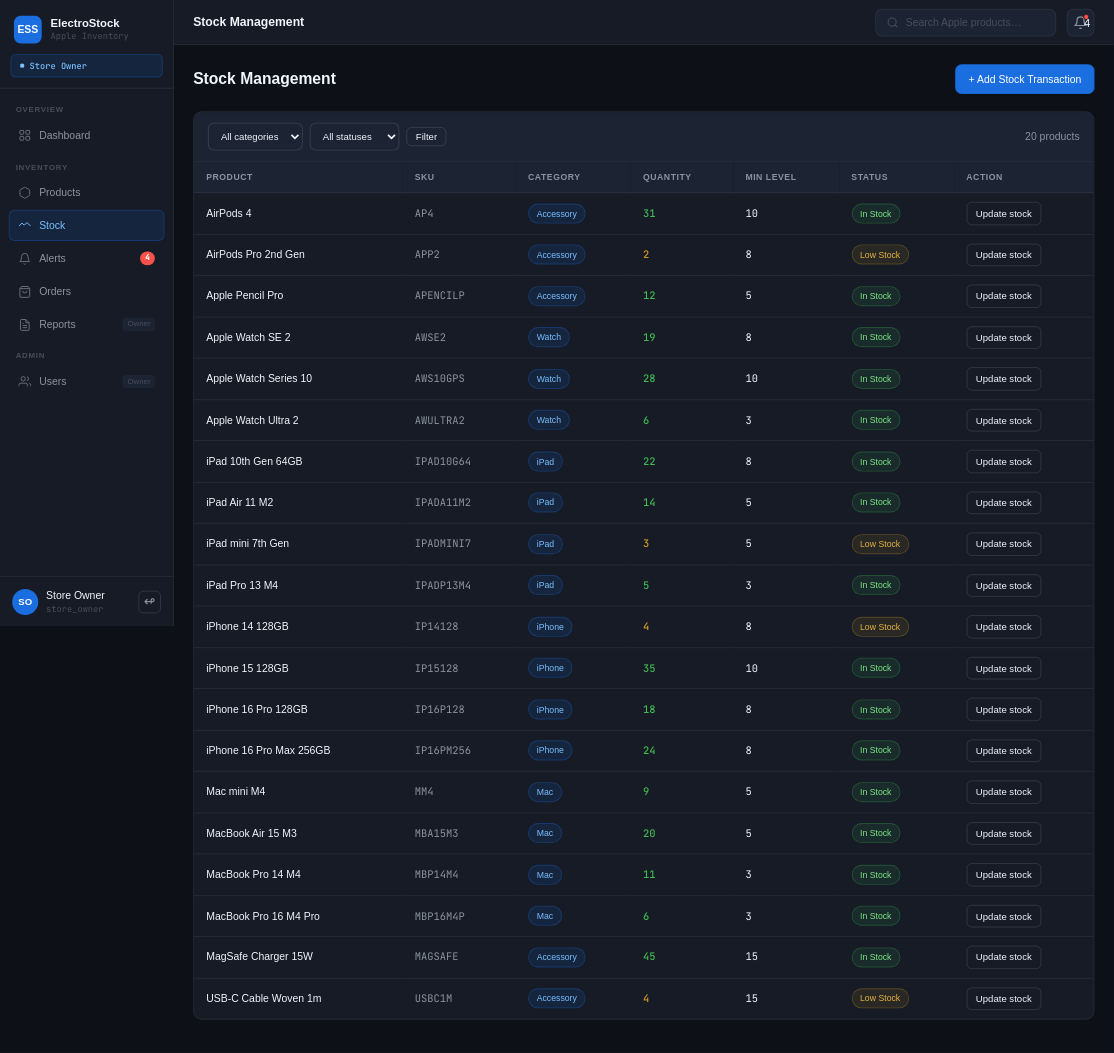
Repository: aayushaabsnss-web/ElectroStock-Solutions
Page: http://localhost/ESS/stock/index.php
An editor plug-in stored every save of this project. The page is shown before and after the next save, followed by the edit.
The browser window is 1280 px wide. The pictures show the whole page, at 87% of full size.
Some web fonts or font styles are not loaded; a fallback is used. The page is run by PHP 8.4 with error messages shown; the project is at /var/www/html/. The session is filled in as if someone had signed in: {"uid": 1, "name": "Store Owner", "role": "store_owner"}. The database holds what the project's SQL file puts in it.

Above is the page before, as saved 2026-05-12 20:01:07.

After the next save:
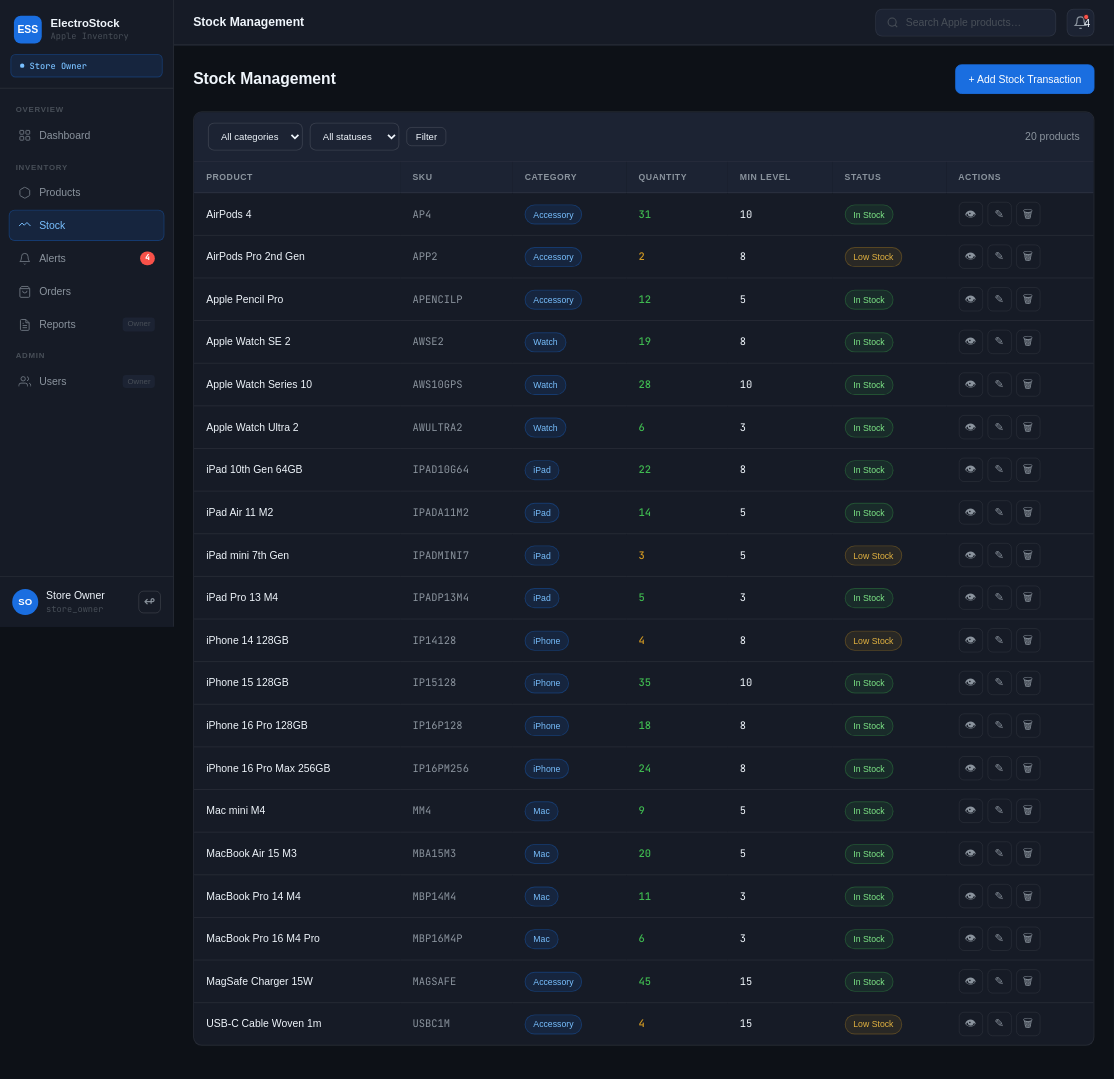
Saved 2 min 20 s later.
--- a/stock/index.php
+++ b/stock/index.php
@@ -2,16 +2,15 @@
 /**
  * stock/index.php — Stock Levels (Presentation Layer)
  * Shows all products with stock info. Filter by category and status.
+ * Each row has View, Edit (update stock), Delete actions.
  */
 $t = "Stock Management"; $a = "stock";
 require_once "../includes/header.php";
 include  "../includes/flash.php";
 
-// Filter params
 $cat    = $_GET["cat"]    ?? "";
 $status = $_GET["status"] ?? "";
 
-// Build query with optional filters
 $where = ["is_active=1"];
 if($cat) $where[] = "category='".mysqli_real_escape_string($conn,$cat)."'";
 if($status === "in")  $where[] = "quantity > min_qty";
@@ -34,7 +33,6 @@
   <a href="add.php" class="btn btn-primary">+ Add Stock Transaction</a>
 </div>
 <div class="card">
-  <!-- Filter bar -->
   <form method="GET" class="filter-bar">
     <select name="cat" class="fc">
       <option value="">All categories</option>
@@ -54,7 +52,6 @@
     <?php endif; ?>
     <span style="margin-left:auto;font-size:12px;color:var(--t2)"><?= $total ?> product<?= $total!==1?"s":"" ?></span>
   </form>
-
   <table class="tbl">
     <thead>
       <tr>
@@ -64,7 +61,7 @@
         <th>Quantity</th>
         <th>Min level</th>
         <th>Status</th>
-        <th>Action</th>
+        <th>Actions</th>
       </tr>
     </thead>
     <tbody>
@@ -79,7 +76,16 @@
       <td class="mono fw <?= $ql[$p["stock_status"]] ?>"><?= $p["quantity"] ?></td>
       <td class="mono"><?= $p["min_qty"] ?></td>
       <td><span class="badge <?= $bl[$p["stock_status"]] ?>"><?= $p["stock_status"] ?></span></td>
-      <td><a href="add.php?pid=<?= $p["id"] ?>" class="btn btn-outline btn-sm">Update stock</a></td>
+      <td>
+        <div style="display:flex;gap:5px">
+          <a href="view.php?id=<?= $p["id"] ?>"  class="icon-btn" title="View">&#128065;</a>
+          <a href="edit.php?id=<?= $p["id"] ?>"  class="icon-btn" title="Edit stock level">&#9998;</a>
+          <?php if(isOwner()): ?>
+          <a href="delete.php?id=<?= $p["id"] ?>" class="icon-btn del" title="Delete"
+             onclick="return confirm('Delete all stock records for <?= h(addslashes($p["name"])) ?>?')">&#128465;</a>
+          <?php endif; ?>
+        </div>
+      </td>
     </tr>
     <?php endwhile; if($e): ?>
     <tr><td colspan="7" style="text-align:center;padding:30px;color:var(--t3)">No products found.</td></tr>
